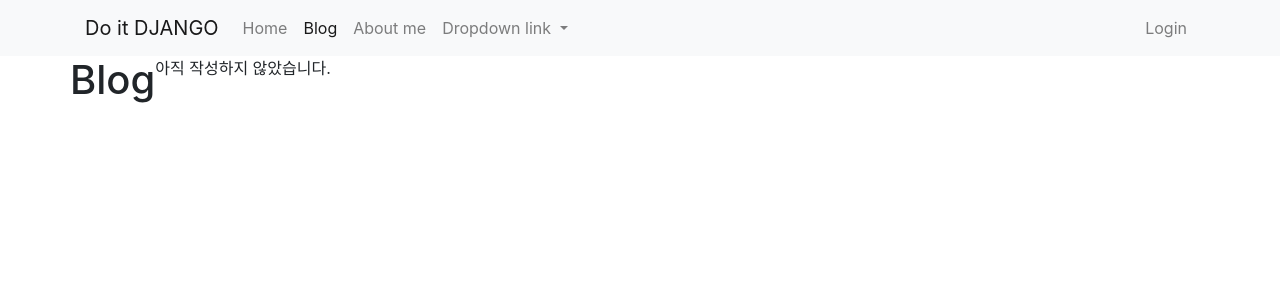
Repository: lwygold/do_it_ft
Page: blog_list.html
The author's editor kept a copy of each file at every save. The page is drawn from the files as they stood at one save, then again after the next save.
The browser window is 1280 px wide. The pictures show the whole page.

Above is the page before, as saved 2021-08-11 21:14:03.

After the next save:
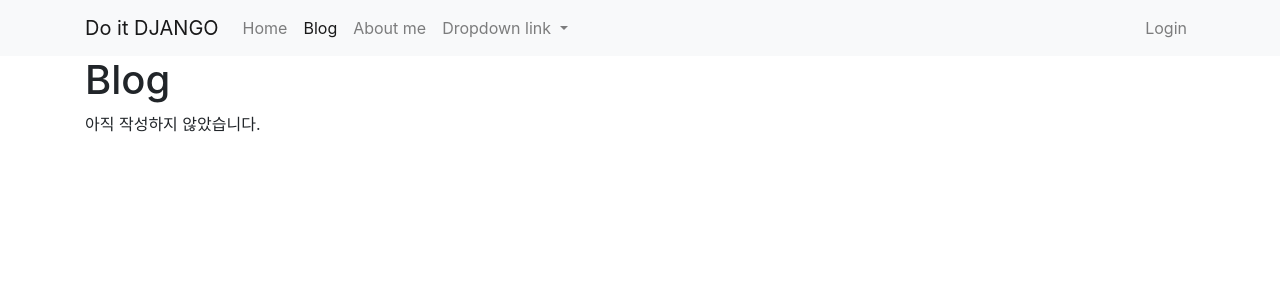
Saved 21 s later.
--- a/blog_list.html
+++ b/blog_list.html
@@ -54,8 +54,14 @@
 
     <div class="container">
         <div class="row">
-            <h1>Blog</h1>
-            <p>아직 작성하지 않았습니다.</p>
+            <div class="col-md-8">
+                <h1>Blog</h1>
+                <p>아직 작성하지 않았습니다.</p>
+            </div>
+            <div class="col-md-4">
+
+            </div>
+
         </div>
 
     </div>
